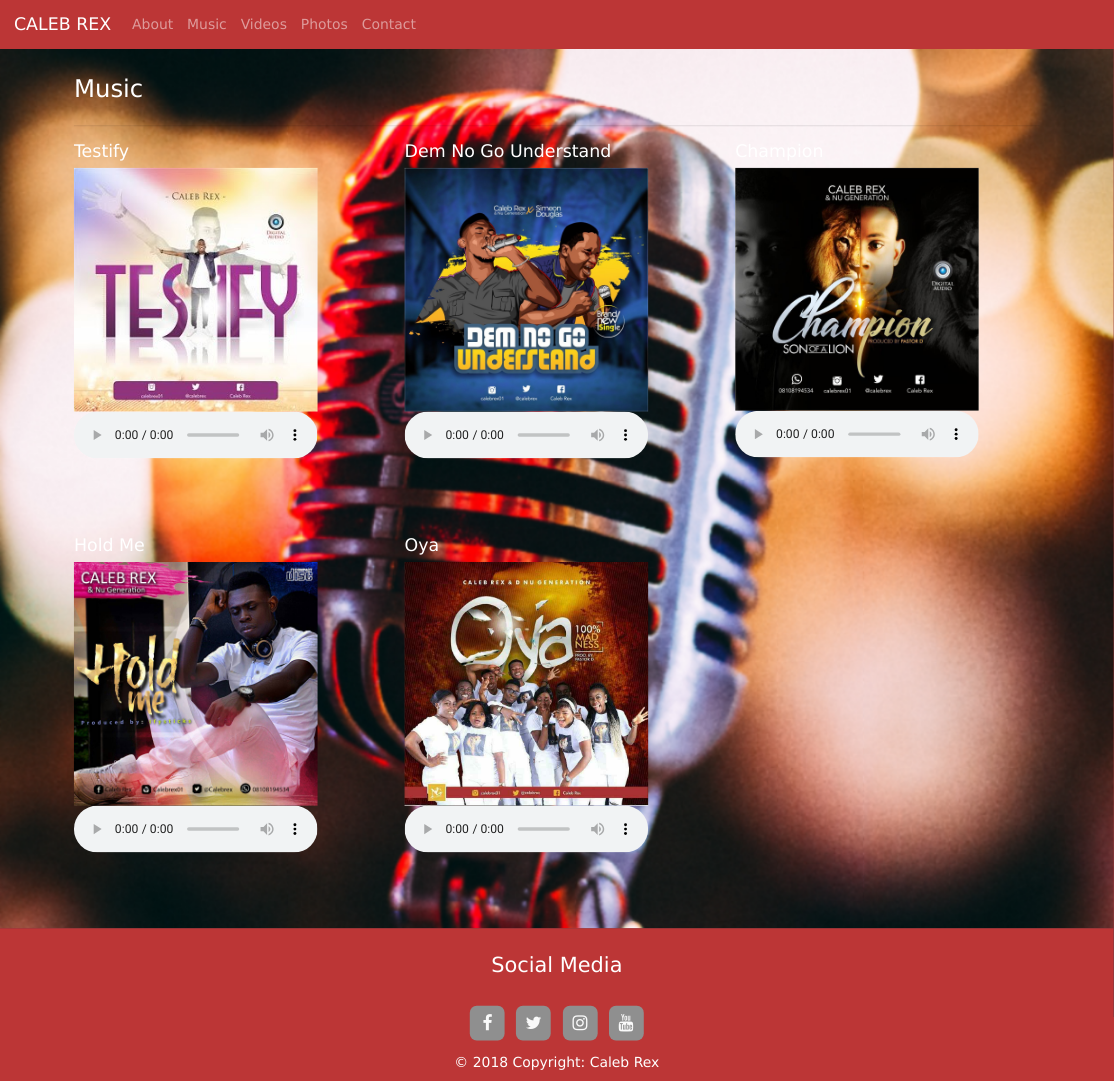
Repository: IchaTreasure/caleb-rex
Page: music.html
The author's editor kept a record of every edit. The page is drawn from the files as they stood at one moment, then again after the next edit.
The browser window is 1280 px wide. The pictures show the whole page, at 87% of full size.
Some web libraries are served in a nearby version.

Above is the page before.

After the next edit:
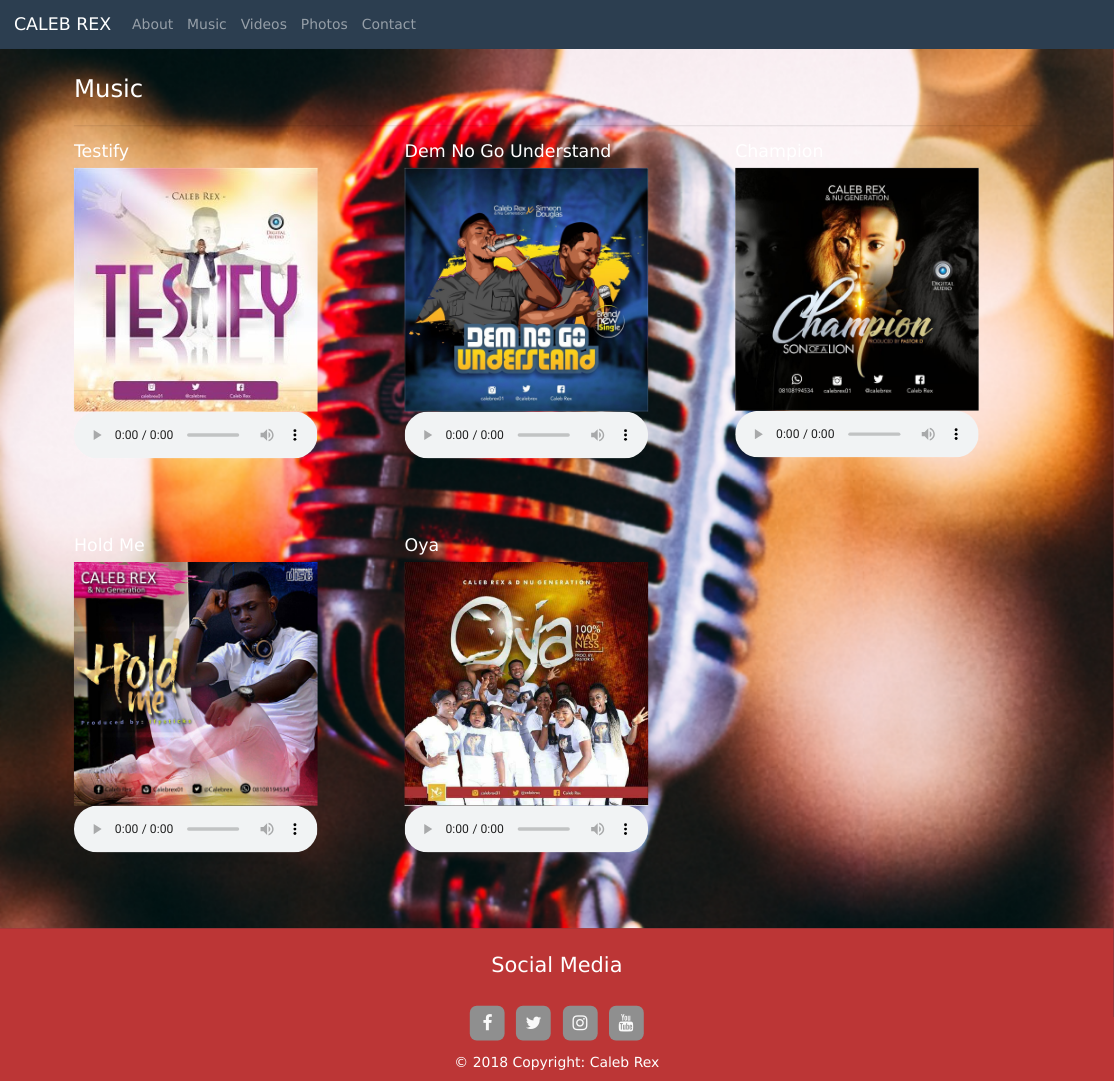
The edit:
--- a/music.html
+++ b/music.html
@@ -17,7 +17,7 @@
 
 <body style="background-color: #2c3e50">
   <!-- ------------------------------------------------------------------------------------------------------Navigation Bar -->
-  <nav class="navbar navbar-expand-md navbar-dark fixed-top" style="background-color: #bc3636">
+  <nav class="navbar navbar-expand-md navbar-dark fixed-top" style="background-color: #2c3e50">
     <a class="navbar-brand" href="index.html">CALEB REX</a>
     <button class="navbar-toggler" type="button" data-toggle="collapse" data-target="#navbarsExampleDefault" aria-controls="navbarsExampleDefault" aria-expanded="false" aria-label="Toggle navigation">
     <span class="navbar-toggler-icon"></span>
